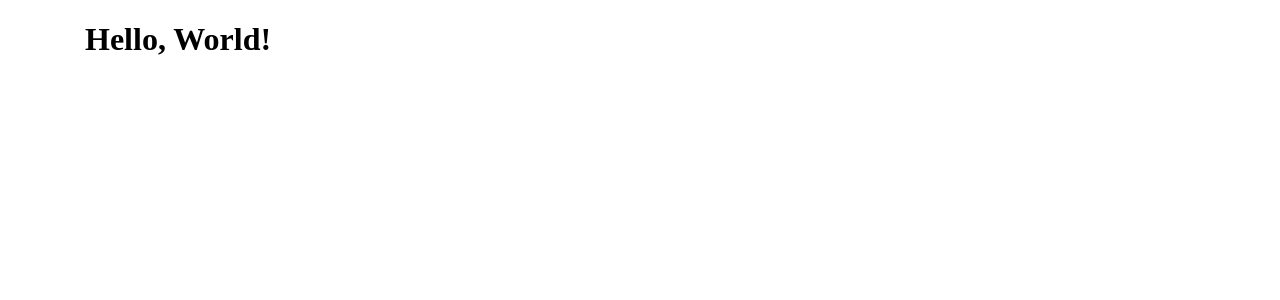
Repository: deividwsantoss/WEBD6201-W2021-Week1-lab1
Page: index.html
These files come from the project's save history. The page is drawn as it stood at one moment and after the next save; the edit follows.
The browser window is 1280 px wide. The pictures show the whole page.

Above is the page before, as saved 2021-02-01 19:58:55.

After the next save:
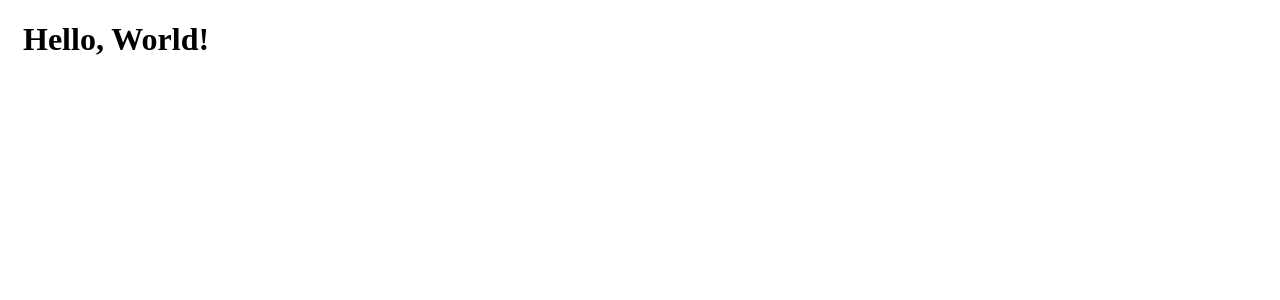
Saved 35 s later.
--- a/index.html
+++ b/index.html
@@ -10,7 +10,7 @@
     <link rel="stylesheet" href="./Content/app.css">
 </head>
 <body>
-        <div class="container">
+        <div class="container-fluid">
             <h1>Hello, World!</h1>
         </div>
 

After the save that followed:
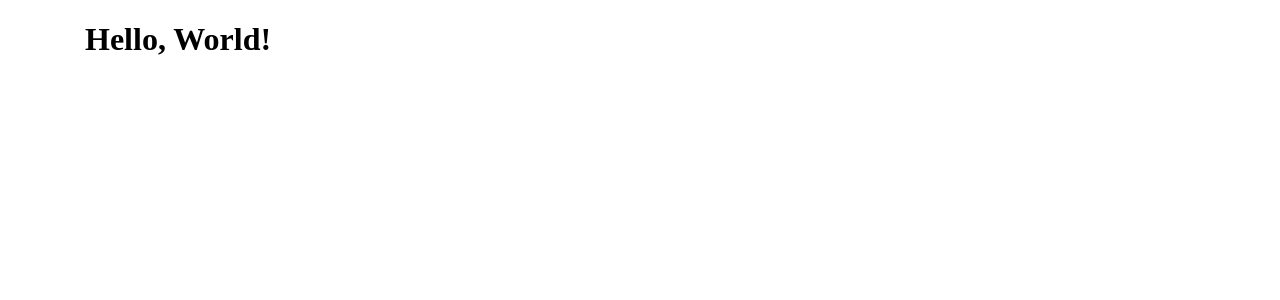
Saved 7 s later.
--- a/index.html
+++ b/index.html
@@ -10,7 +10,7 @@
     <link rel="stylesheet" href="./Content/app.css">
 </head>
 <body>
-        <div class="container-fluid">
+        <div class="container">
             <h1>Hello, World!</h1>
         </div>
 
